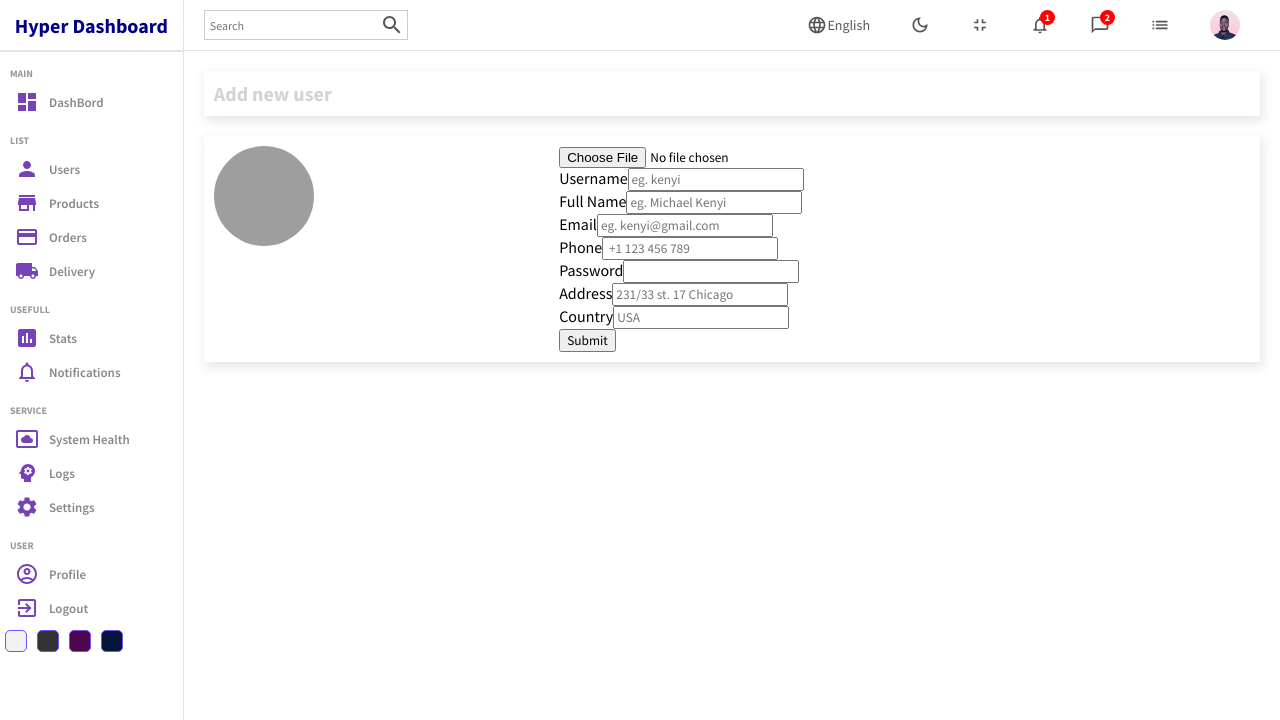
Repository: kenyi-mic/DashBoard
Page: /users/new
An editor plug-in stored every save of this project. The page is shown before and after the next save, followed by the edit.
The browser window is 1280 px wide. The pictures show the whole page.
Pictures or frames that could not be fetched are drawn as grey boxes. The project was rebuilt for these pictures with package versions that can differ from the ones it lists, and the page was loaded fresh each time. Also part of the build but not shown: src/pages/home/home.scss, src/pages/home/Home.jsx, src/pages/list/list.scss, src/components/datatable/datatable.scss, src/datatableSource.js, src/components/datatable/Datatable.jsx, src/pages/list/List.jsx, src/pages/single/single.scss and 6 more.

Above is the page before, as saved 2022-05-24 15:12:57.

After the next save:
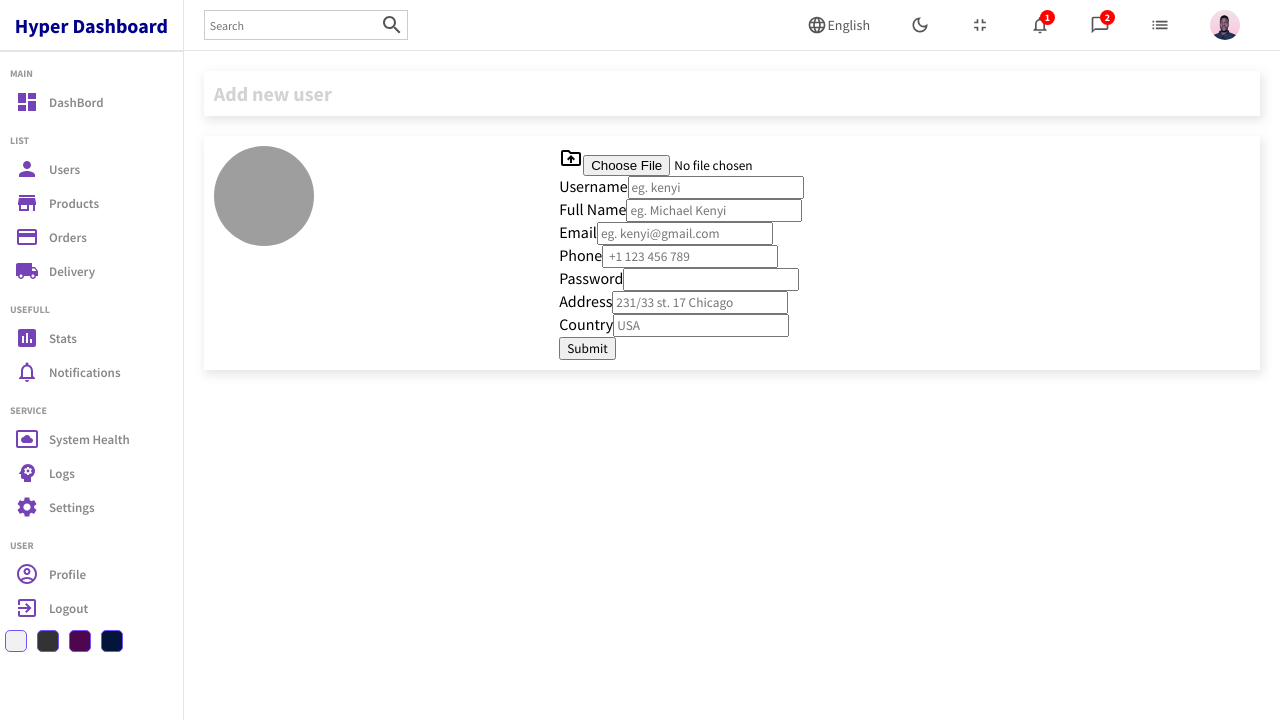
Saved 3 min 0 s later.
--- a/src/pages/new/New.jsx
+++ b/src/pages/new/New.jsx
@@ -2,6 +2,7 @@ import React from "react";
 import "./new.scss";
 import Header from "../../components/Header/Header";
 import Sidebar from "../../components/sidebar/Sidebar";
+import { DriveFolderUploadOutlined } from "@mui/icons-material";
 
 const New = () => {
   return (
@@ -22,8 +23,10 @@ const New = () => {
           <div className="right">
             <form>
               <div className="formInput">
-                <label htmlFor="img"></label>
-                <input type="file" id="id" />
+                <label htmlFor="file">
+                  <DriveFolderUploadOutlined />
+                </label>
+                <input type="file" id="file" />
               </div>
               <div className="formInput">
                 <label htmlFor="username">Username</label>
